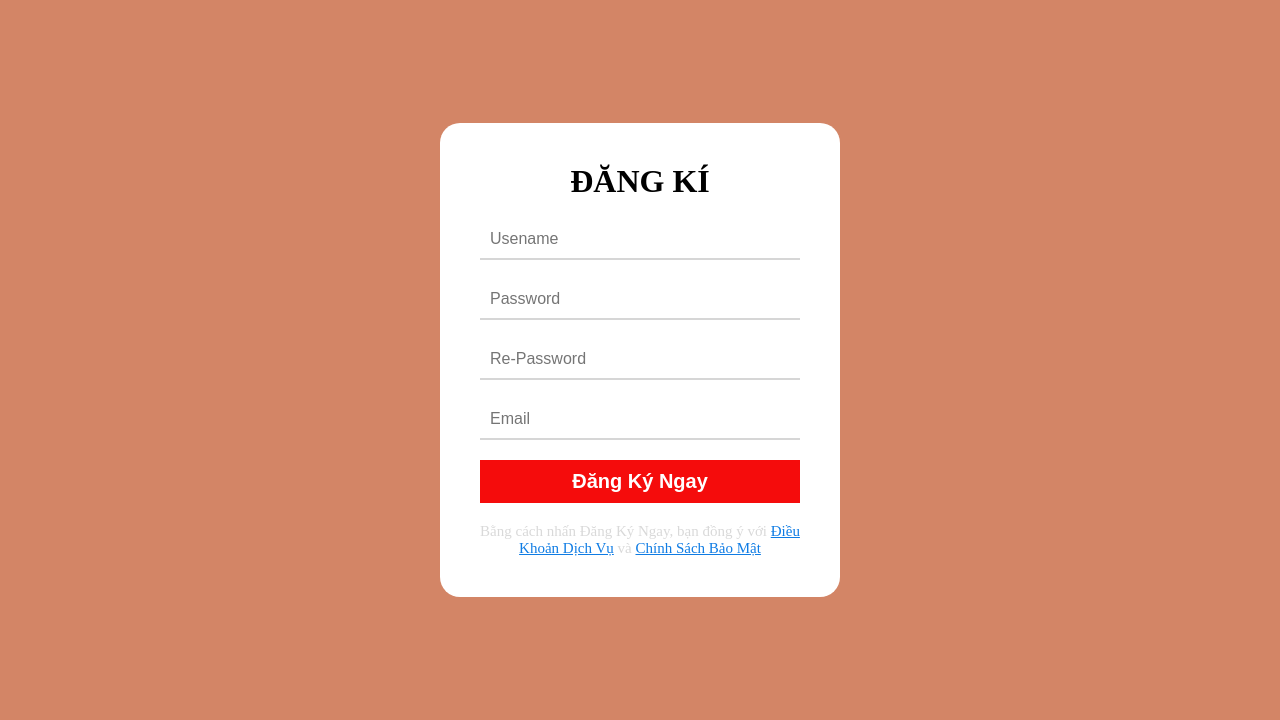
Repository: phanngocson0407/doan
Page: HTML/dangki.html
These files come from the project's save history. The page is drawn as it stood at one moment and after the next save; the edit follows.
The browser window is 1280 px wide. The pictures show the whole page.

Above is the page before, as saved 2022-10-01 14:47:39.
Not found: app.js

After the next save:
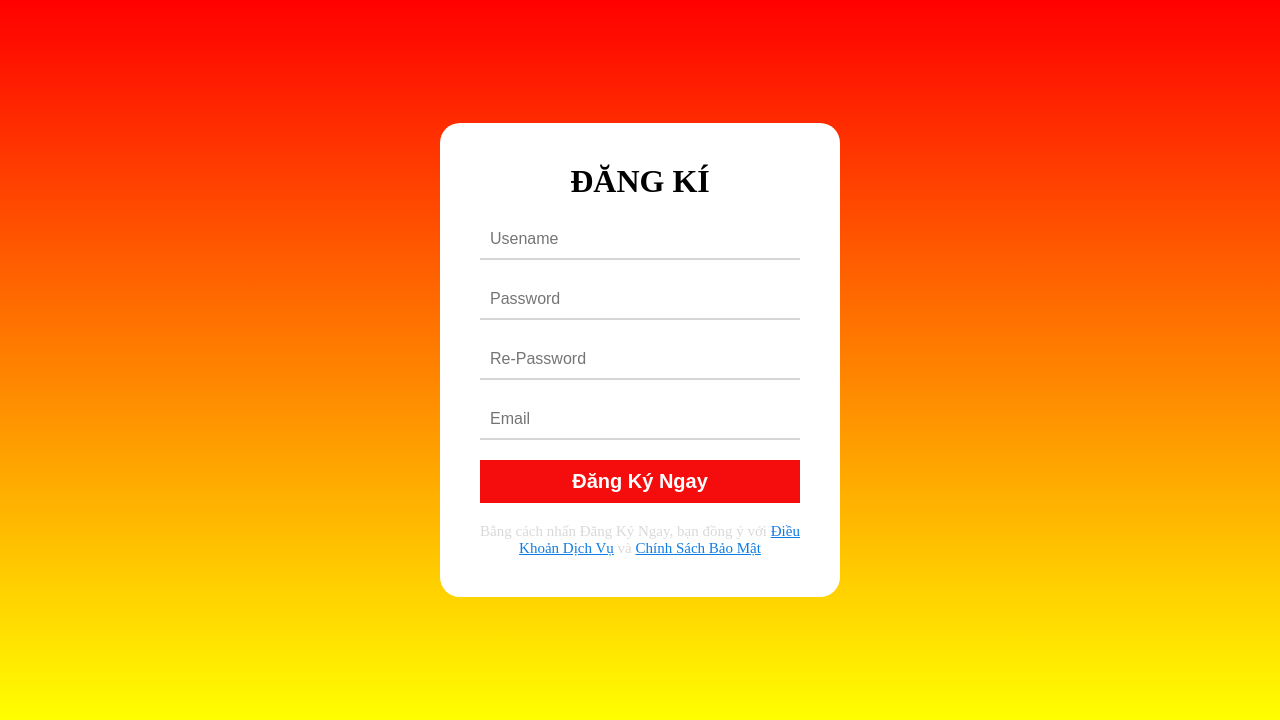
Saved 2 min 59 s later.
--- a/CSS/dangki.css
+++ b/CSS/dangki.css
@@ -4,7 +4,7 @@
   box-sizing: border-box;
 }
 body {
-  background-color: #d38566;
+  background-image: linear-gradient(red, yellow);
   display: flex;
   justify-content: center;
   align-items: center;
